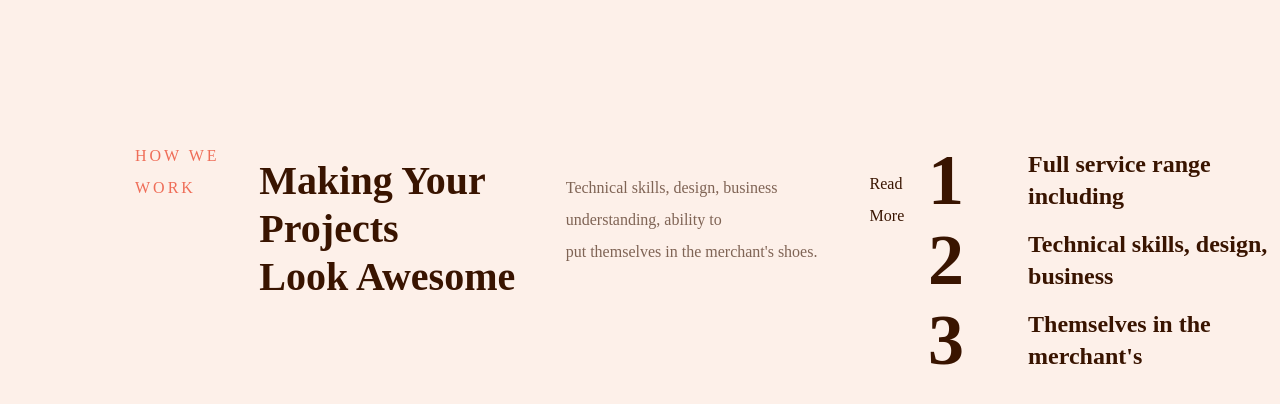
Repository: kubrazamanova/Project-3
Page: index.html
An editor plug-in stored every save of this project. The page is shown before and after a run of saves, followed by the edit.
The browser window is 1280 px wide. The pictures show the whole page.

Above is the page before, as saved 2023-09-13 19:16:30.

After the next 2 saves:
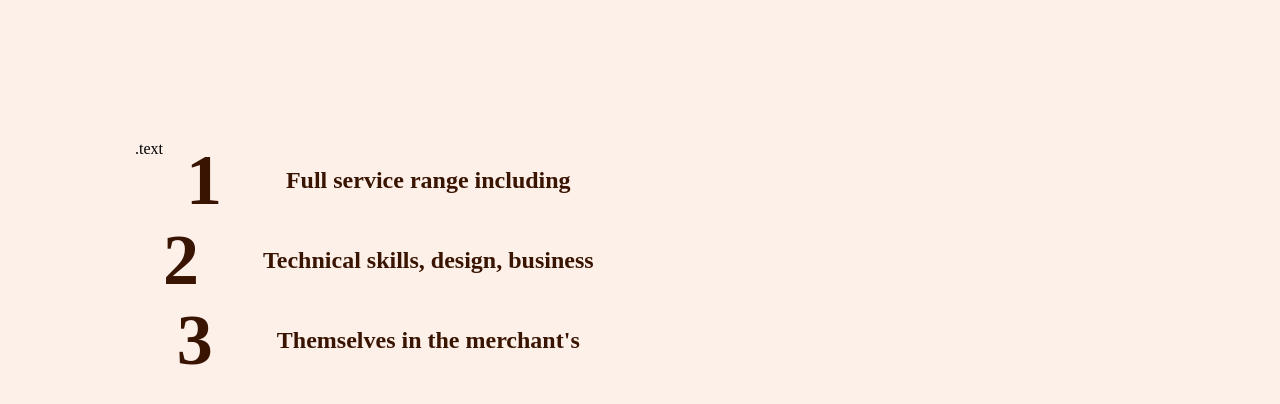
The 2 saves are shown as one change because they came seconds apart.
The last was saved 25 s later.
--- a/index.html
+++ b/index.html
@@ -8,16 +8,7 @@
   </head>
   <body>
     <div class="container">
-      <p>How we work</p>
-      <h1>
-        Making Your Projects <br />
-        Look Awesome
-      </h1>
-      <h2>
-        Technical skills, design, business understanding, ability to <br />
-        put themselves in the merchant's shoes.
-      </h2>
-      <h3>Read More</h3>
+   .text
 
       <div class="lesson">
         <ul>
